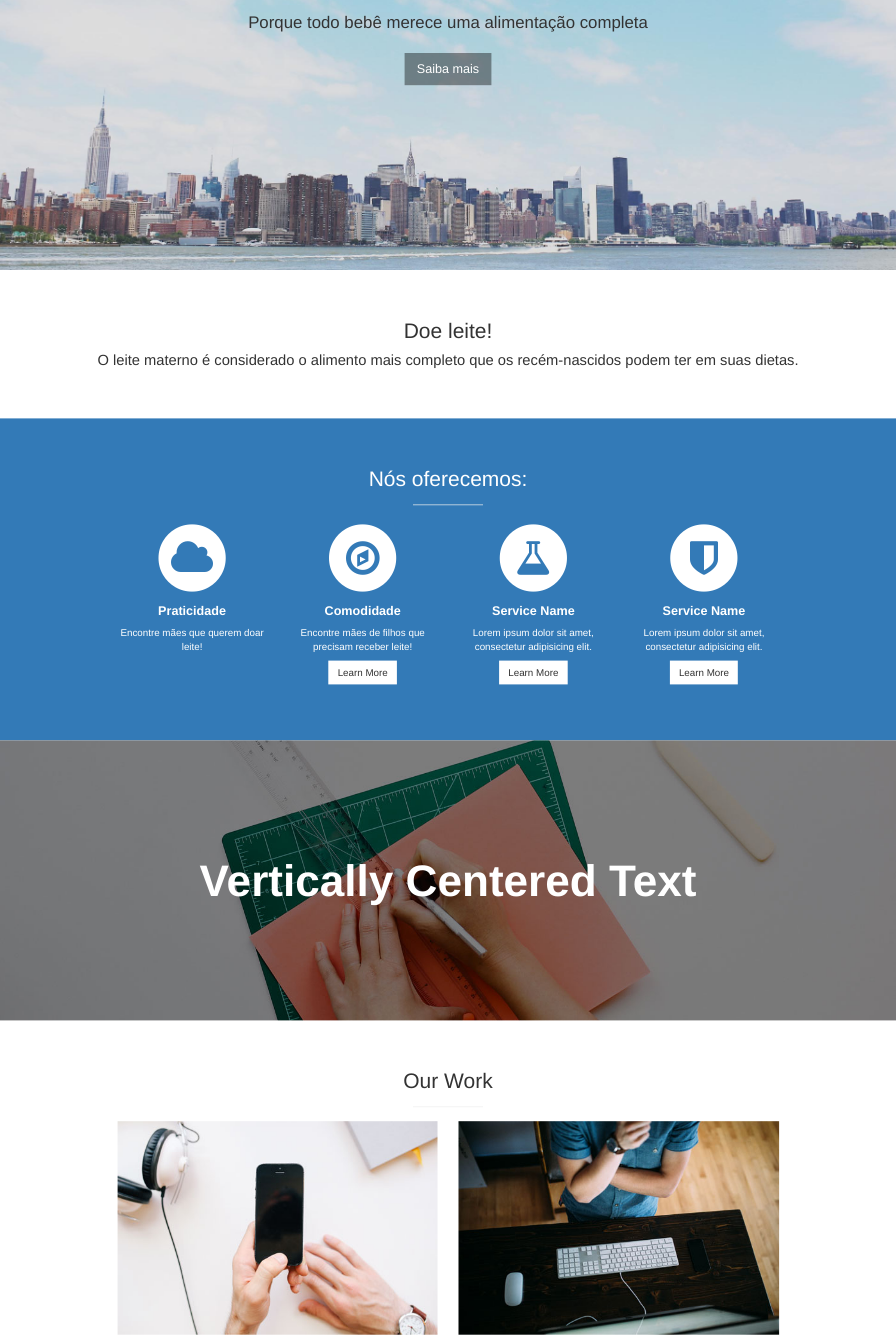
Repository: rsanttos/AmamentAcaoPage
Page: AmamentAcao/WebContent/index.html
These files come from the project's save history. The page is drawn as it stood at one moment and after the next save; the edit follows.
The browser window is 1280 px wide. The pictures show the part of the page from y = 334 to 2254 px (the page is 3885 px tall), at 70% of full size.
Some web fonts or font styles are not loaded; a fallback is used.

Above is the page before, as saved 2016-11-24 19:37:59.

After the next save:
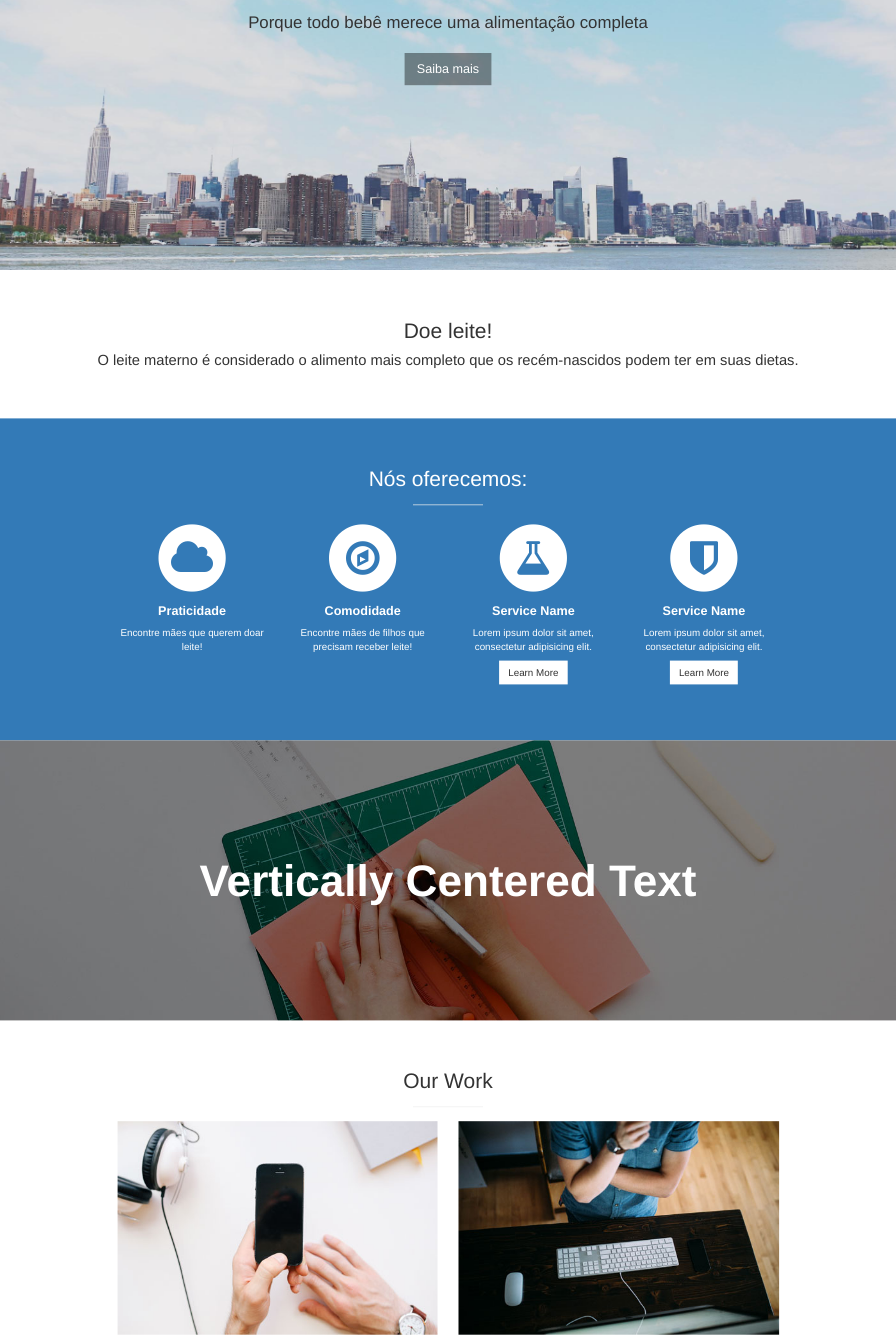
Saved 5 s later.
--- a/AmamentAcao/WebContent/index.html
+++ b/AmamentAcao/WebContent/index.html
@@ -113,7 +113,6 @@
                                     <strong>Comodidade</strong>
                                 </h4>
                                 <p>Encontre mães de filhos que precisam receber leite!</p>
-                                <a href="#" class="btn btn-light">Learn More</a>
                             </div>
                         </div>
                         <div class="col-md-3 col-sm-6">
